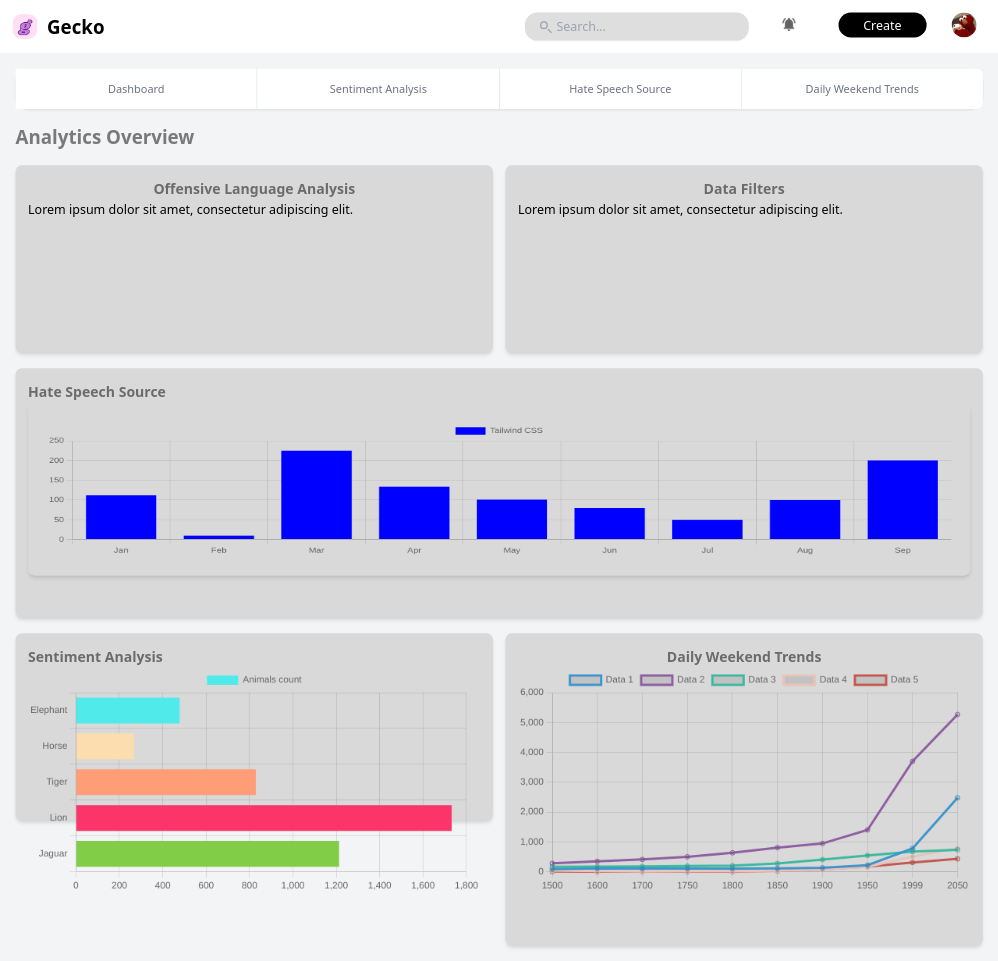
Repository: theamgri/thesis-website-nextjs
Page: website.html
These files come from the project's save history. The page is drawn as it stood at one moment and after the next save; the edit follows.
The browser window is 1280 px wide. The pictures show the whole page, at 78% of full size.

Above is the page before, as saved 2023-10-04 08:27:34.

After the next save:
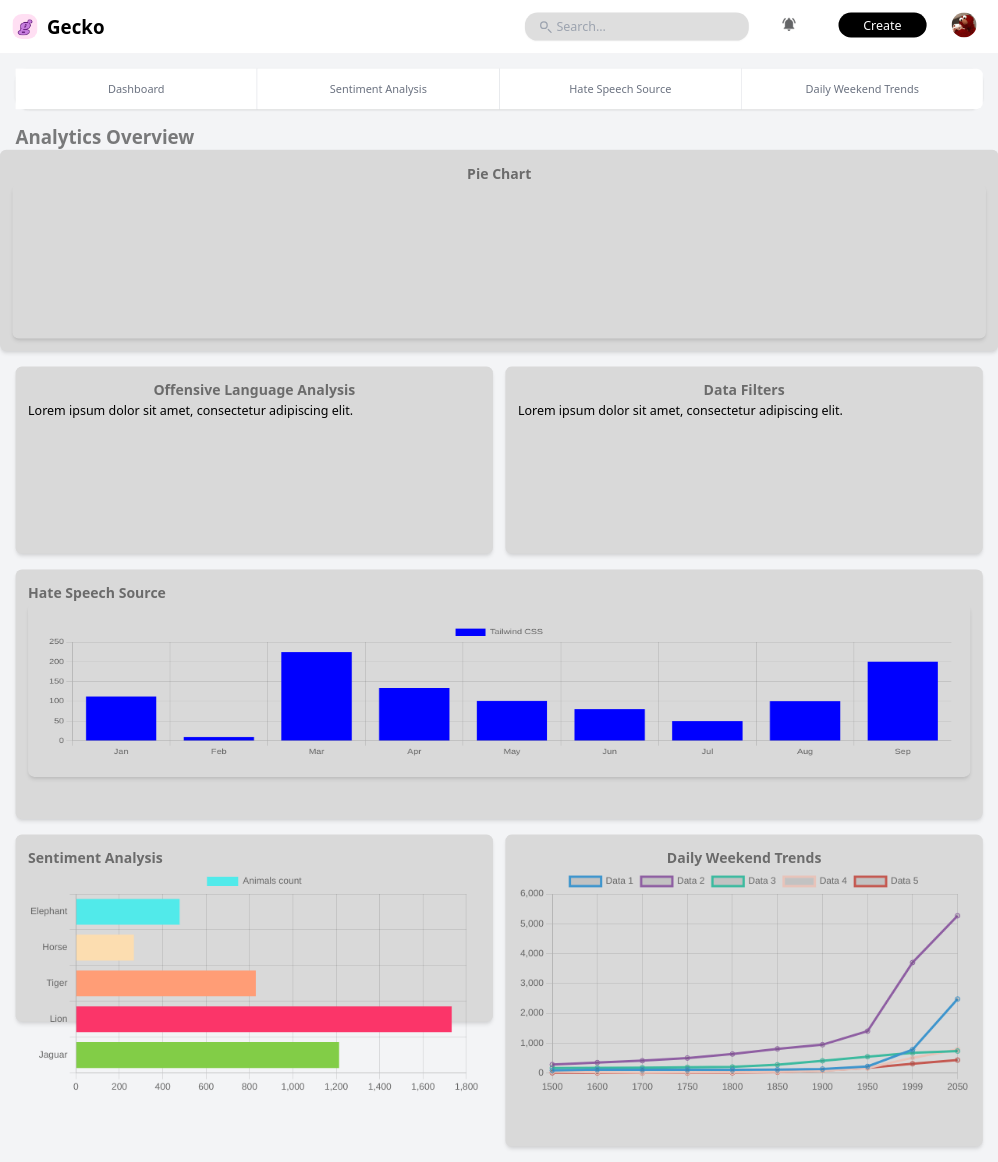
Saved 2 min 52 s later.
--- a/website.html
+++ b/website.html
@@ -121,6 +121,13 @@
 
 
   <div class="container mx-auto mt-0">
+    <div class="bg-white p-4 rounded-lg shadow-md" style="background-color: #D9D9D9; grid-row: span 2;">
+      <h2 class="text-lg text-center opacity-50 font-semibold">Pie Chart</h2>
+      <div class="overflow-hidden rounded-lg shadow-md" style="max-height: 100%;">
+          <!-- Set max-height to ensure the chart fits within the container -->
+          <canvas class="p-6" id="pieChart" style="max-height: 100%;"></canvas>
+      </div>
+  </div>
     <div class="m-5 grid grid-cols-1 md:grid-cols-2 lg:grid-cols-2 xl:grid-cols-2 gap-4">
         <!-- Container 1 -->
         <div class="bg-white p-4 rounded-lg shadow-md" style="background-color: #D9D9D9; height: 15rem;">
